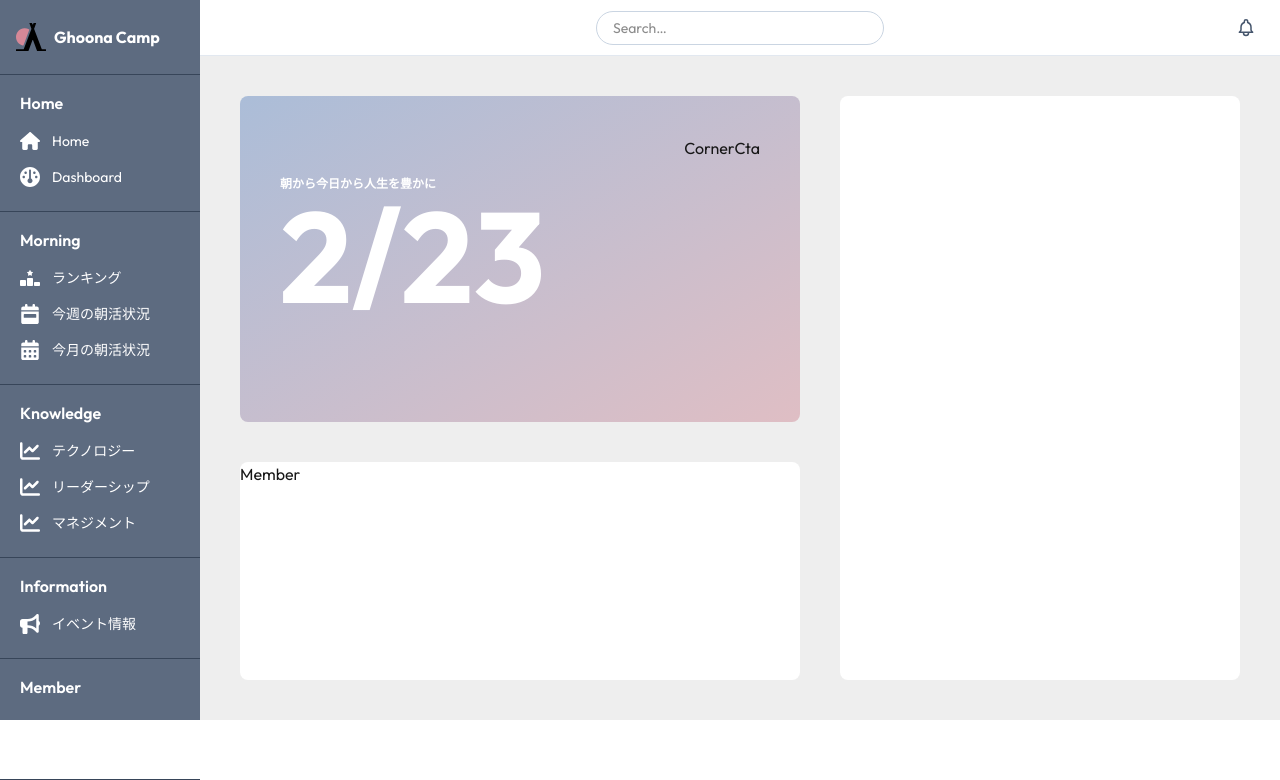
Repository: ShotaGhoona/ghoonacamp_platform
Page: /
These files come from the project's save history. The page is drawn as it stood at one moment and after the next save; the edit follows.
The browser window is 1280 px wide. The pictures show the whole page.
The page's requests for data from a server got no answer. The project was rebuilt for these pictures with package versions that can differ from the ones it lists, and the page was loaded fresh each time. The framework's server and built-in components were replaced by stand-ins that run in the browser. No one was signed in, and anything a server would have sent is missing. Also part of the build but not shown: next.config.js.

Above is the page before, as saved 2025-04-25 12:39:09.

After the next save:
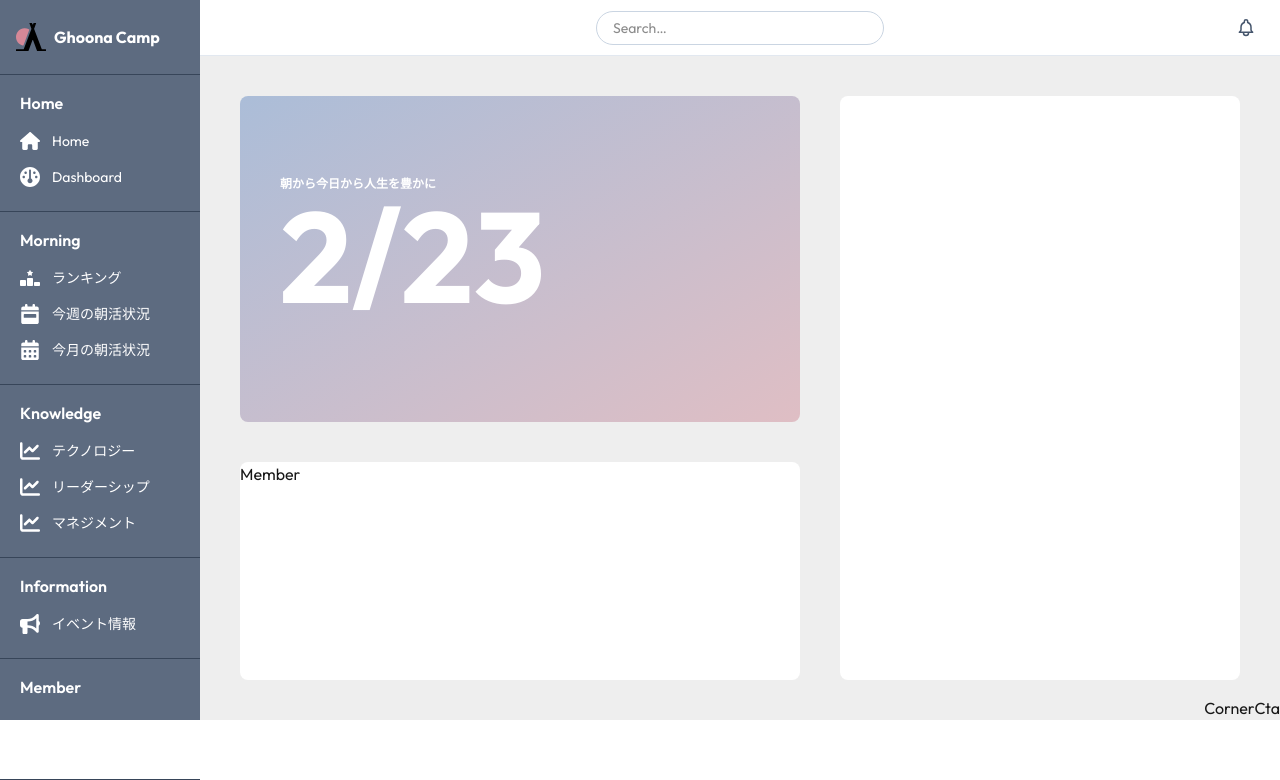
Saved 70 s later.
--- a/src/features/home/home/display/hero.tsx
+++ b/src/features/home/home/display/hero.tsx
@@ -9,7 +9,9 @@ export default function Hero() {
             <p className="text-9xl font-bold">2/23</p>
         </div>
         <div className=""></div>
-        <CornerCta />
+        <div className="absolute bottom-0 right-0">
+            <CornerCta />
+        </div>
     </div>
   );
 }
